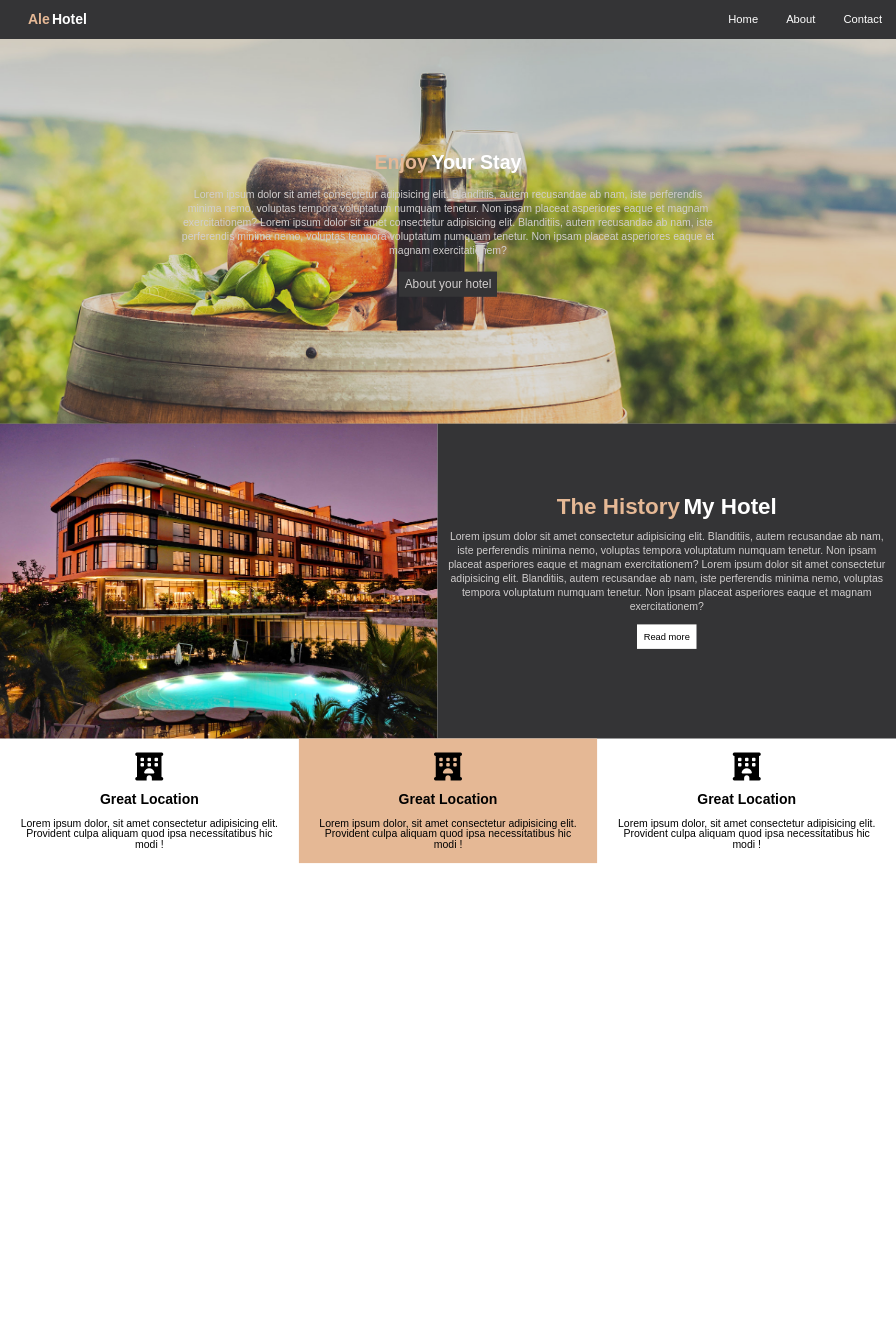
Repository: Ngoc28/HTML-CSS
Page: aleHoltel/index.html
These files come from the project's save history. The page is drawn as it stood at one moment and after the next save; the edit follows.
The browser window is 1280 px wide. The pictures show the part of the page from y = 0 to 1920 px (the page is 5055 px tall), at 70% of full size.

Above is the page before, as saved 2023-08-06 08:54:15.

### aleHoltel/index.html
<!DOCTYPE html>
<html lang="en">
<head>
    <meta charset="UTF-8">
    <meta name="viewport" content="width=device-width, initial-scale=1.0">
    <title>Ale Hotel</title>
    <link rel="stylesheet" href="./style.css">
    <link rel="stylesheet" href="https://cdnjs.cloudflare.com/ajax/libs/font-awesome/6.4.2/css/all.min.css" integrity="sha512-z3gLpd7yknf1YoNbCzqRKc4qyor8gaKU1qmn+CShxbuBusANI9QpRohGBreCFkKxLhei6S9CQXFEbbKuqLg0DA==" crossorigin="anonymous" referrerpolicy="no-referrer" />
</head>
<body>
    <header>
        <div class="header-logo">
            <h1 class="heading ">Ale<span>Hotel</span></h1>
        </div>
        <nav class="header-nav">
            <ul class="nav-link">
                <li class="nav-item"><a href="">Home</a></li>
                <li class="nav-item"><a href="">About</a></li>
                <li class="nav-item"><a href="">Contact</a></li>
            </ul>
        </nav>
    </header>
    <main>
        <div class="container">
            <div class="about">
                <div class="about-img">
                    <img src="./img/banner1.jpg" alt="About us" height="550px" width="100%">
                </div>
                <div class="about-introduce">
                    <h1 class="about-heading">Enjoy<span>Your Stay</span></h1>
                    <p class="about-text">
                        Lorem ipsum dolor sit amet consectetur adipisicing elit. Blanditiis, autem recusandae ab nam, iste perferendis minima nemo, voluptas tempora voluptatum numquam tenetur. Non ipsam placeat asperiores eaque et magnam exercitationem?
                        Lorem ipsum dolor sit amet consectetur adipisicing elit. Blanditiis, autem recusandae ab nam, iste perferendis minima nemo, voluptas tempora voluptatum numquam tenetur. Non ipsam placeat asperiores eaque et magnam exercitationem?
                    </p>
                    <button class="about-btn">About your hotel</button>
                </div>
            </div>
            <!-- history -->
            <div class="history">
                <div class="history-img">
                    <img src="./img/banner2.jpg" alt="">
                </div>
                <div class="myHistory">
                    <h1 class="myHistory-heading">The History<span>My Hotel</span></h1>
                    <p class="myHistory-text">
                        Lorem ipsum dolor sit amet consectetur adipisicing elit. Blanditiis, autem recusandae ab nam, iste perferendis minima nemo, voluptas tempora voluptatum numquam tenetur. Non ipsam placeat asperiores eaque et magnam exercitationem?
                        Lorem ipsum dolor sit amet consectetur adipisicing elit. Blanditiis, autem recusandae ab nam, iste perferendis minima nemo, voluptas tempora voluptatum numquam tenetur. Non ipsam placeat asperiores eaque et magnam exercitationem?
                    </p>
                    <button class="myHistory-btn">Read more</button>
                </div>
            </div>
            <!-- location -->
            <div class="location">
                <div class="location-item">
                    <div class="location-icon">
                        <i class="fa-solid fa-hotel"></i>
                    </div>
                    <div class="location-heading">
                        <h1 class="location-title">
                            Great Location
                        </h1>
                    </div>
                    <div class="location-text">
                        <p>Lorem ipsum dolor, sit amet consectetur adipisicing elit. Provident culpa aliquam quod ipsa necessitatibus hic modi !</p>
                    </div>
                </div>
                <div class="location-item">
                    <div class="location-icon">
                        <i class="fa-solid fa-hotel"></i>
                    </div>
                    <div class="location-heading">
                        <h1 class="location-title">
                            Great Location
                        </h1>
                    </div>
                    <div class="location-text">
                        <p>Lorem ipsum dolor, sit amet consectetur adipisicing elit. Provident culpa aliquam quod ipsa necessitatibus hic modi !</p>
                    </div>
                </div>
                <div class="location-item">
                    <div class="location-icon">
                        <i class="fa-solid fa-hotel"></i>
                    </div>
                    <div class="location-heading">
                        <h1 class="location-title">
                            Great Location
                        </h1>
                    </div>
                    <div class="location-text">
                        <p>Lorem ipsum dolor, sit amet consectetur adipisicing elit. Provident culpa aliquam quod ipsa necessitatibus hic modi !</p>
                    </div>
                </div>
            </div>
        </div>
    </main>
</body>
</html>

### aleHoltel/style.css
*{
    margin: 0;
    padding: 0;
    box-sizing: border-box;
}

:root {
    --main-color: #e5b895;
    --white-color: #fff;
    --main-background:#343436;
    --text-color:#d1cece;
    --hover-color:#bd0a0a;
}

body {
    font-family:Arial, Helvetica, sans-serif;
}

header {
    position: fixed;
    z-index: 100;
    width: 100%;
    display: flex;
    justify-content: space-between;
    align-items: center;
    background-color: var(--main-background);
    height: 55px;
}

.header-logo {

}

.header-logo > .heading {
    padding: 15px 40px;
    font-size: 20px;
    color: var(--main-color);
}

.heading span {
    color: var(--white-color);
    padding-left: 3px;
}

.header-nav {
    display: block;
}

.nav-link {
    display: flex;
}

.nav-item {
    display: block;
}

.nav-item a {
    padding: 0 20px;
    color: var(--white-color);
    text-decoration: none;
    display: block;
    line-height: 55px;
}

.nav-item a:hover {
    background: var(--hover-color);
}

/* Container */
main {
    padding-top: 55px;

}

.container {
    min-height: 5000px;
}

.about {

}

.about-img {
    position: relative;
    top: 0;
    left: 0;
    right: 0;
    background: rgba(0, 0, 0, 0.7);

}

.about-img img {
    display: block;
    opacity: .8;
    /* bottom: 53px; */
    object-fit: cover;
}


.about-introduce {
    position: absolute;
    top: 30%;
    left: 0;
    right: 0;
    bottom: 0;
    margin: 0 auto;
    width: 60%;
    text-align: center;

}

.about-heading {
    color: var(--main-color);
    font-size: 28px;
    font-weight: 600;
}

.about-heading span {
    color: #fff;
    padding-left: 5px;
}

.about-text {
    padding: 20px 0;
    font-size: 15px;
    color: var(--text-color);
    line-height: 20px;
}

.about-btn {
    background: var(--main-background);
    color: var(--text-color);
    padding: 8px;
    font-size: 17px;
    border: none;
    cursor: pointer;
}

.about-btn:hover {
    background-color: var(--hover-color);
    color: var(--white-color);
    transition: ease .4;
}

/* history */

.history {
    display: flex;
    height: 100%;
}

.history-img {
    flex: 1;
}

.history-img img {
    width: 100%;
    height: 450px;
    object-fit: cover;
    display: block;
}

.myHistory {
    flex: 1;
    height: 450px;
    text-align: center;
    padding: 100px 15px 40px 15px;
    background: var(--main-background);
}


.myHistory-heading {
    color: var(--main-color);
}

.myHistory-heading span {
    padding-left: 5px;
    color: var(--white-color);
}

.myHistory-text {
    color: var(--text-color);
    margin-top: 15px;
    font-size: 15px;
    line-height: 20px;
}

.myHistory-btn {
    border: none;
    background-color: var(--white-color);
    color: #000;
    padding: 10px;
    margin-top: 15px;
}

.myHistory-btn:hover {
    background-color: var(--hover-color);
    color: var(--white-color);
}

/* Location */
.location {
    display: flex;
}

.location-item {
    flex: 1;
    text-align: center;
    padding: 20px;
}

.location-item:nth-child(2) {
    background: var(--main-color);
}

.location-icon i {
    font-size: 40px;
    margin-bottom: 15px;
}

.location-heading h1 {
    font-size: 20px;
    font-weight: 600;
    margin-bottom: 15px;
}

.location-text {
    font-size: 15px;
    line-height: 15px;
}

After the next save:
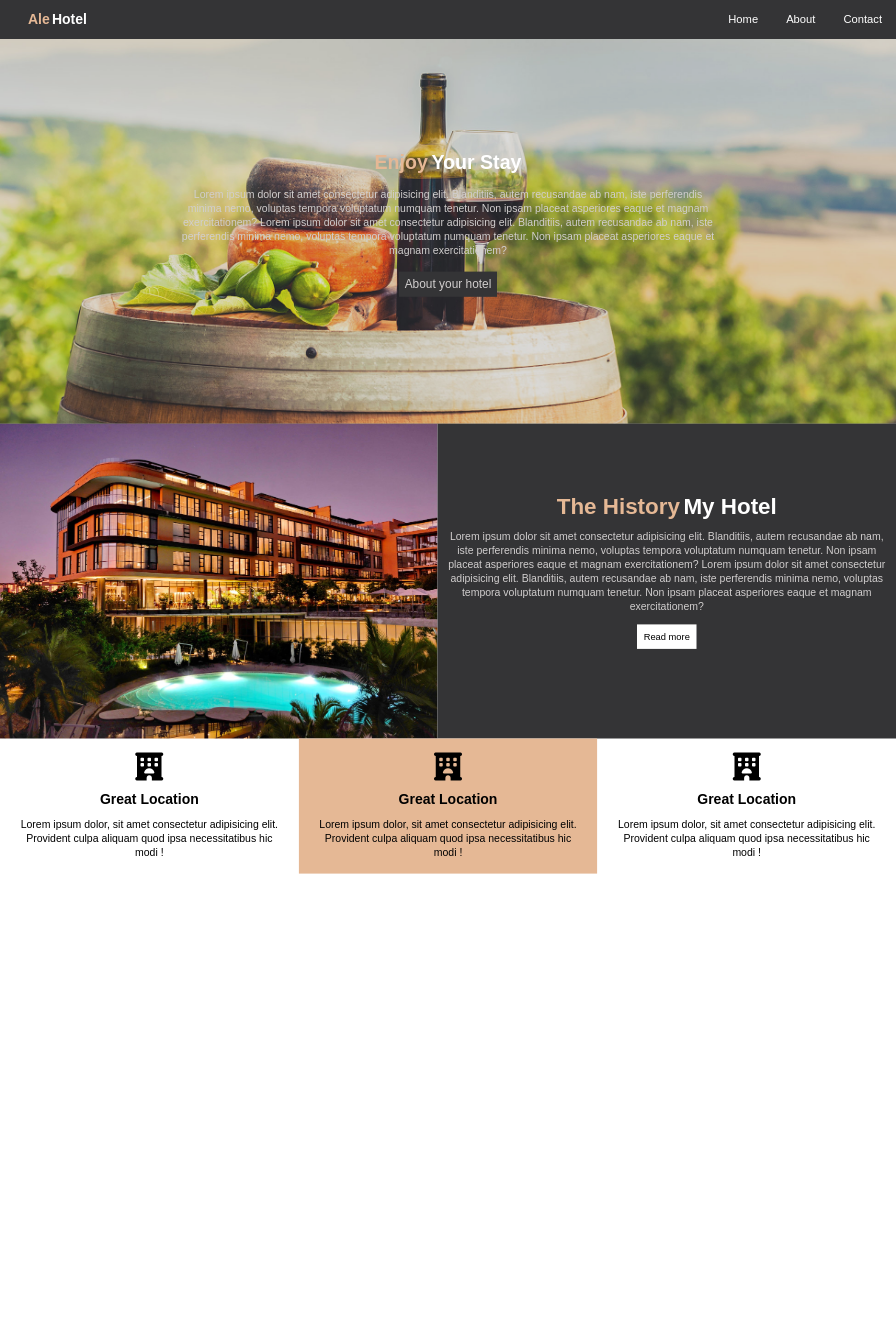
Saved 5 s later.
--- a/aleHoltel/style.css
+++ b/aleHoltel/style.css
@@ -226,5 +226,5 @@ main {
 
 .location-text {
     font-size: 15px;
-    line-height: 15px;
-}
+    line-height: 20px;
+}
